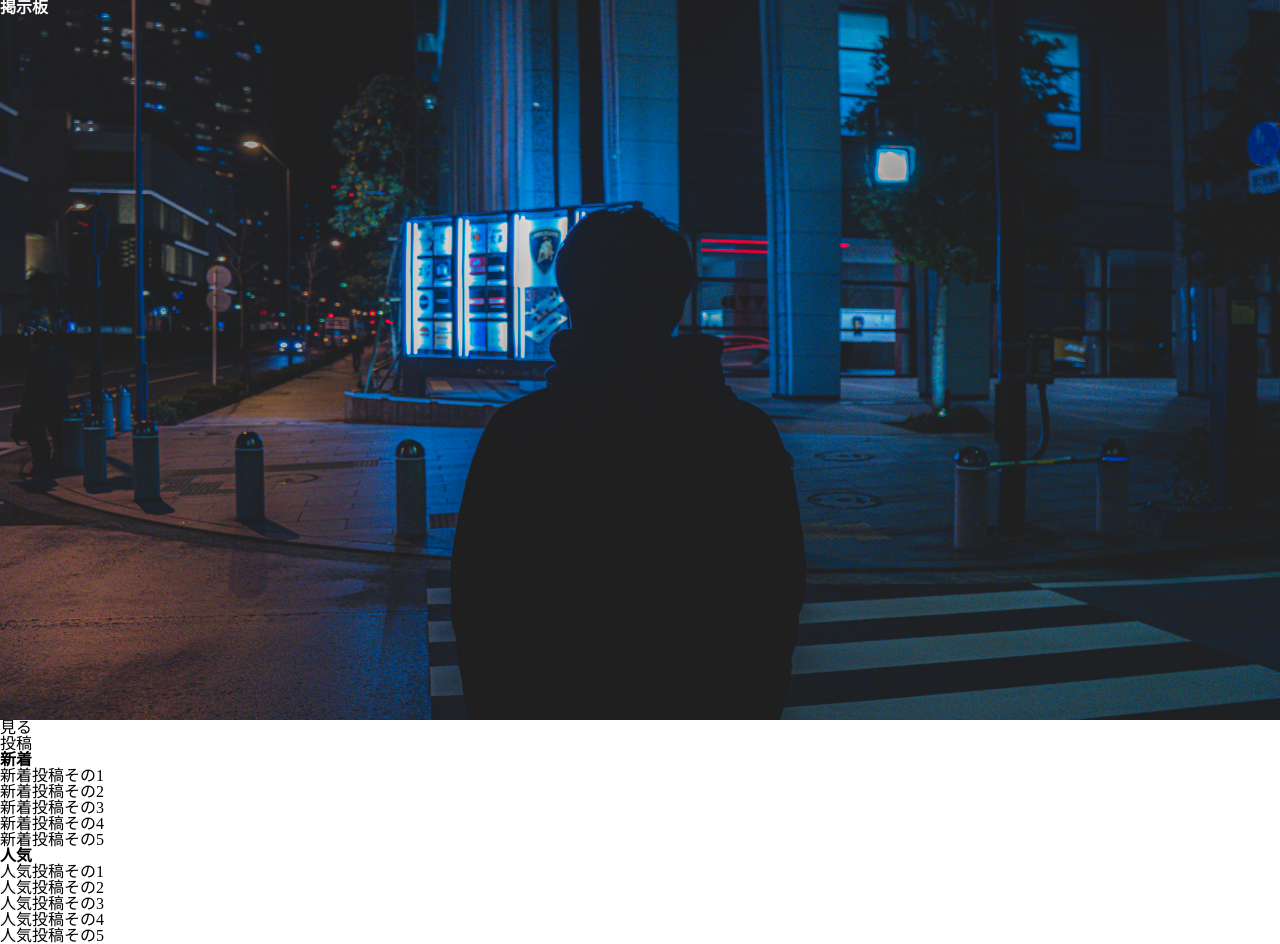
Repository: KustomApe/LandorusInc
Page: index.html
The author's editor kept a copy of each file at every save. The page is drawn from the files as they stood at one save, then again after the next save.
The browser window is 1280 px wide. The pictures show the whole page.

Above is the page before, as saved 2021-07-24 12:55:27.

After the next save:
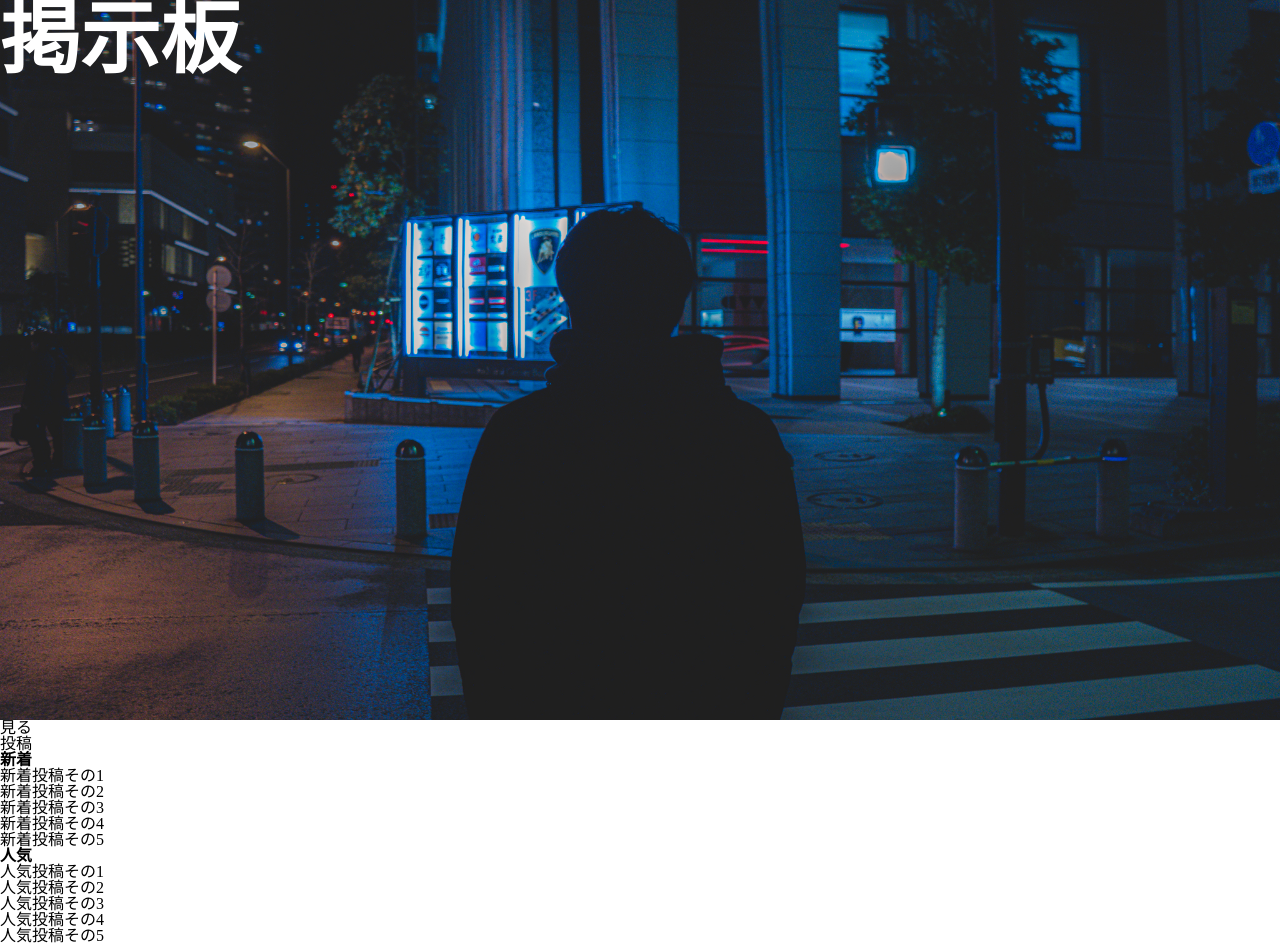
Saved 12 s later.
--- a/assets/css/style.css
+++ b/assets/css/style.css
@@ -8,6 +8,7 @@ body {
 h1#main_img {
     display: block;
     color: #fff;
+    font-size: 5rem;
     width: 100%;
     height: 100vh;
     background: url('../img/main.jpg');
